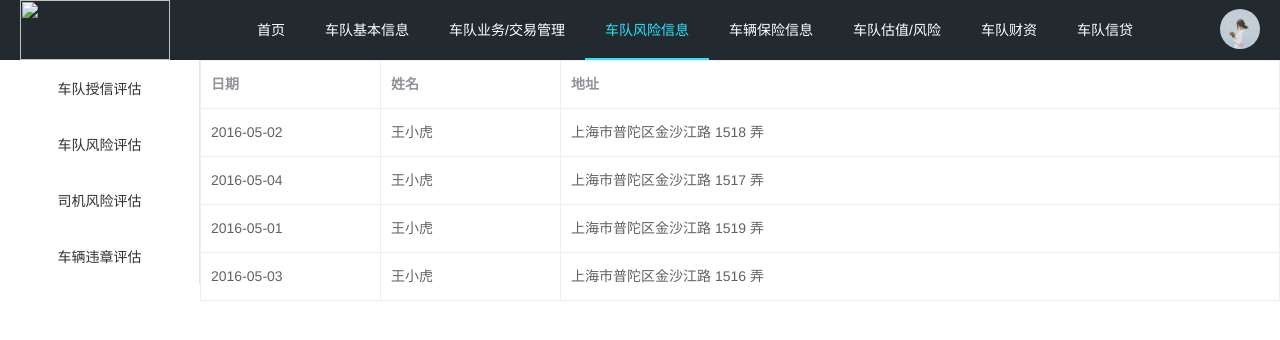
Repository: TheWomanLiketheWind/woodpecker
Page: /
These files come from the project's save history. The page is drawn as it stood at one moment and after the next save; the edit follows.
The browser window is 1280 px wide. The pictures show the whole page.
The project was rebuilt for these pictures with package versions that can differ from the ones it lists, and the page was loaded fresh each time.

Above is the page before, as saved 2019-07-25 17:15:55.

After the next save:
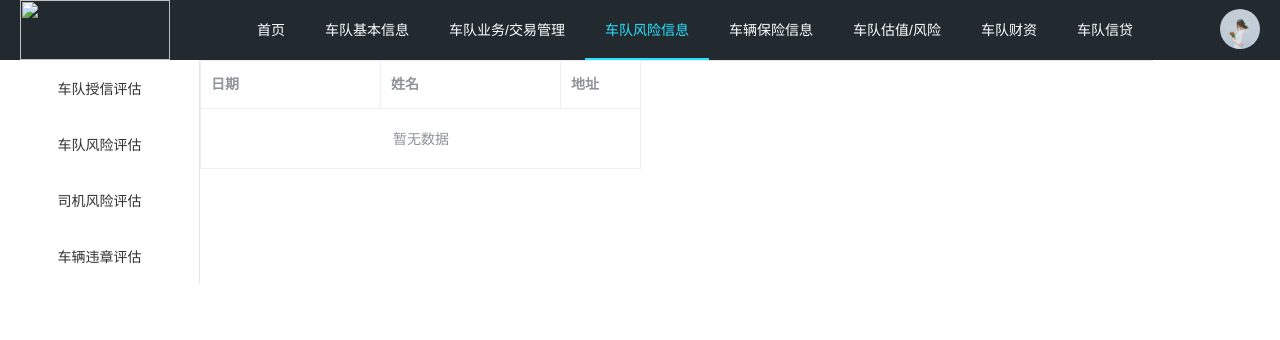
Saved 19 min 45 s later.
--- a/src/views/menuSecond.vue
+++ b/src/views/menuSecond.vue
@@ -10,7 +10,23 @@
         </el-menu-item>
       </el-menu>
     </el-aside>
-    <router-view />
+    <main>
+      <el-table :data="tableData"
+                border
+                style="width: 100%">
+        <el-table-column prop="date"
+                         label="日期"
+                         width="180">
+        </el-table-column>
+        <el-table-column prop="name"
+                         label="姓名"
+                         width="180">
+        </el-table-column>
+        <el-table-column prop="address"
+                         label="地址">
+        </el-table-column>
+      </el-table>
+    </main>
   </el-container>
 
 </template>
